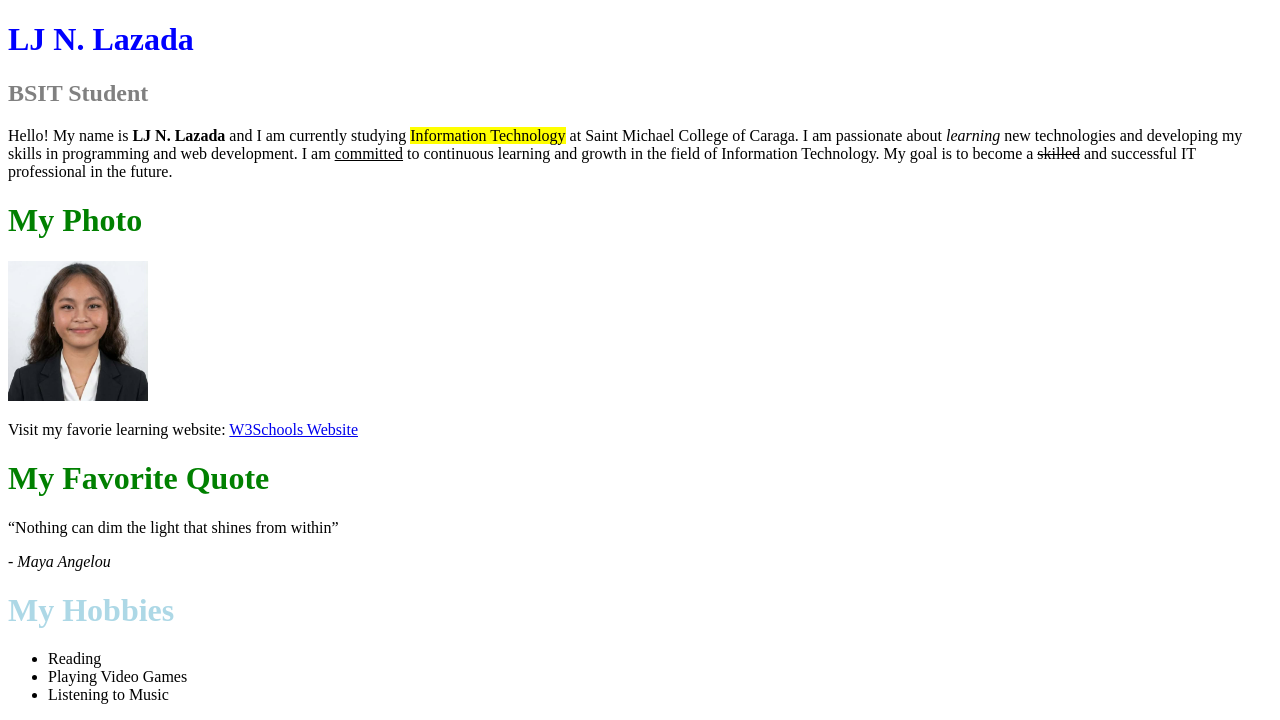
Repository: ljlazada11/myfirsthtml
Page: index.html
The author's editor kept a copy of each file at every save. The page is drawn from the files as they stood at one save, then again after the next save.
The browser window is 1280 px wide. The pictures show the whole page.

Above is the page before, as saved 2026-06-24 19:54:23.

After the next save:
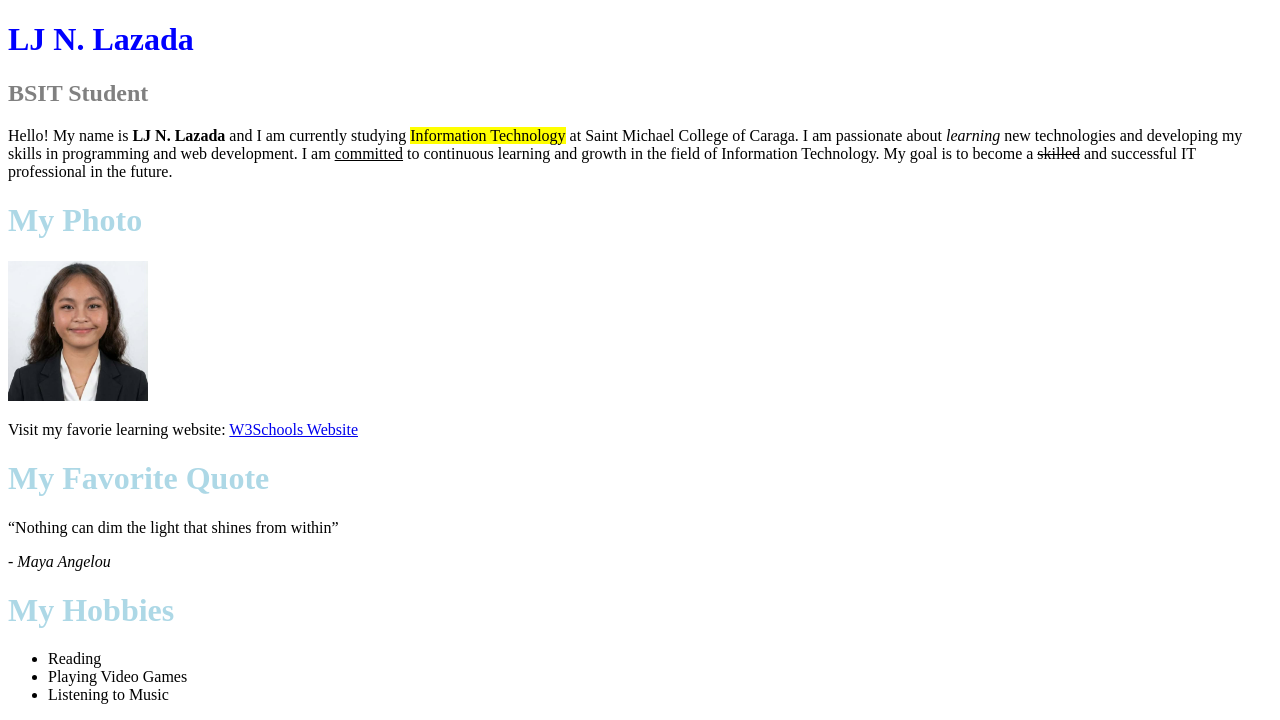
Saved 36 s later.
--- a/index.html
+++ b/index.html
@@ -12,12 +12,12 @@
     <h2 style="color:gray;">BSIT Student</h2>
     <p>Hello! My name is <strong>LJ N. Lazada</strong> and I am currently studying <mark>Information Technology</mark> at Saint Michael College of Caraga. I am passionate about <i>learning</i> new technologies and developing my skills in programming and web development. I am <ins>committed</ins> to continuous learning and growth in the field of Information Technology. My goal is to become a <del>skilled</del> and successful IT professional in the future.</p>
 </body>
-    <h1 style="color:green;">My Photo</h1>
+    <h1 style="color:lightblue;">My Photo</h1>
     <img src="pic.jpg" alt="My	Profile	Picture" width="140" height="140">
     <p> Visit my favorie learning website: <a href="https://www.w3schools.com/html/default.asp" target="_blank">W3Schools	Website</a></p>
 
 <body>
-    <h1 style="color:green;">My Favorite Quote</h1>
+    <h1 style="color:lightblue;">My Favorite Quote</h1>
     <p><q>Nothing can dim the light that shines from within</q></p>
     <p><cite>- Maya Angelou</cite></p>
 </body>
